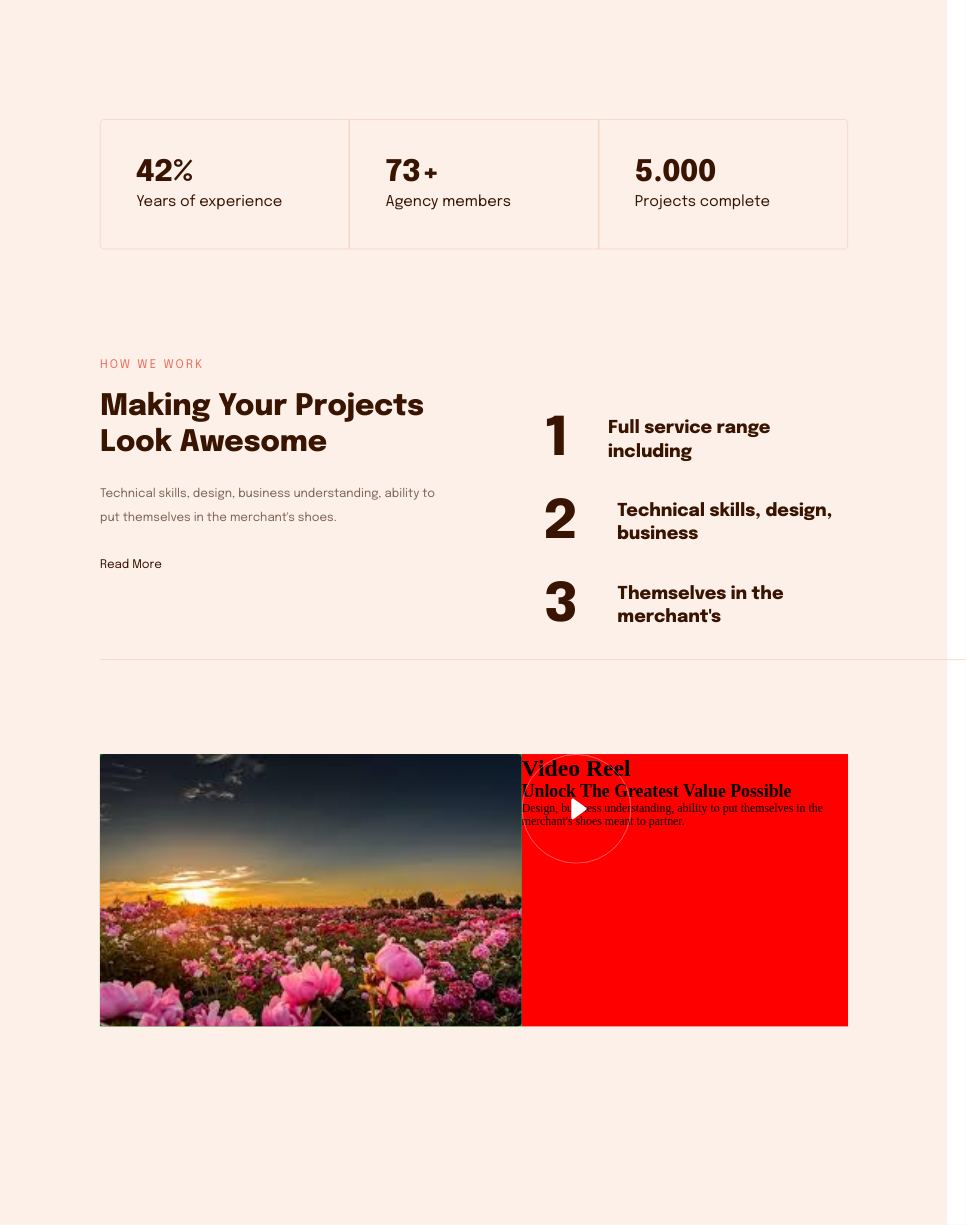
Repository: AytacJafarova/task2
Page: index.html
The author's editor kept a copy of each file at every save. The page is drawn from the files as they stood at one save, then again after the next save.
The browser window is 1280 px wide. The page is 1305 px wide, so the pictures cover 1305 px, including what lies to the right of the window. The pictures show the whole page, at 74% of full size.

Above is the page before, as saved 2023-08-01 14:31:28.

### index.html
<!DOCTYPE html>
<html lang="en">

<head>
    <meta charset="UTF-8">
    <meta name="viewport" content="width=device-width, initial-scale=1.0">
    <title>Document</title>
    <link rel="stylesheet" href="./index.css">
</head>

<body>
    <div class="container">
        <div class="projects">
            <ul>
                <li>

                    <h1>42%</h1>
                    <p>Years of experience</p>
                </li>
                <li>
                    <h1>73+</h1>
                    <p>Agency members</p>
                </li>
                <li>
                    <h1>5.000</h1>
                    <p>Projects complete</p>
                </li>
            </ul>
        </div>
        <div class="work">
            <div class="box1">
                <h1>How we work</h1>
                <h2>Making Your Projects <br> Look Awesome</h2>
                <p>Technical skills, design, business understanding, ability to put themselves in the
                    merchant's shoes.</p>
                <a href="#">Read More</a>
            </div>
            <div class="box2">
                <ul>
                    <li>
                        <h1>1</h1>
                        <p>Full service range including</p>
                    </li>
                    <li>
                        <h1>2</h1>
                        <p>Technical skills, design, business</p>
                    </li>
                    <li>
                        <h1>3</h1>
                        <p>Themselves in the merchant's</p>
                    </li>
                </ul>
            </div>
        </div>
        <div class="border"></div>
        <div class="video">
            <div class="video-img">
                <img class="first" src="./images/images.jpg" alt="">
                <img class="second" src="./images/play.svg" alt="">
            </div>
            <div class="texts">
                <h1>Video Reel</h1>
                <h2>Unlock The Greatest Value Possible</h2>
                <p>Design, business understanding, ability to put themselves in the merchant's shoes meant to partner.
                </p>
            </div>
        </div>
    </div>
</body>

</html>

### index.css
@import url("https://fonts.googleapis.com/css2?family=Epilogue:wght@400;800&display=swap");
* {
  padding: 0;
  margin: 0;
  box-sizing: border-box;
}
.container {
  padding: 161px 134px 268px 135px;
  background: #fdf0e9;
}
.projects ul {
  display: flex;
  /* border-radius: 6px 0px 0px 6px; */
}
.projects ul li {
  display: flex;
  flex-direction: column;
  justify-content: center;
  list-style-type: none;
  border: 1px solid #f3d1bf;
  width: 33.33%;
  height: 176px;
  padding-left: 48px;
}
.projects li:first-child {
  border-radius: 6px 0px 0px 6px;
}
.projects li:last-child {
  border-radius: 0px 6px 6px 0px;
}

.projects ul li h1 {
  color: var(--text-dark, #391400);
  font-feature-settings: "clig" off, "liga" off;
  font-family: Epilogue;
  font-size: 40px;
  font-style: normal;
  font-weight: 800;
  line-height: 48px;
}
.projects ul li p {
  color: var(--text-dark, #391400);
  font-feature-settings: "clig" off, "liga" off;
  font-family: Epilogue;
  font-size: 20px;
  font-style: normal;
  font-weight: 400;
  line-height: 32px;
}
.work {
  display: flex;
  margin-top: 140px;
}
.box1 h1 {
  color: var(--text-dark-accent, #ef6d58);
  font-feature-settings: "clig" off, "liga" off;
  font-family: Epilogue;
  font-size: 16px;
  font-style: normal;
  font-weight: 400;
  line-height: 32px;
  letter-spacing: 3px;
  text-transform: uppercase;
  margin-bottom: 17px;
}
.box1 h2 {
  color: var(--text-dark, #391400);
  font-feature-settings: "clig" off, "liga" off;
  font-family: Epilogue;
  font-size: 40px;
  font-style: normal;
  font-weight: 800;
  line-height: 48px;
  margin-bottom: 30px;
}
.box1 p {
  width: 470px;
  height: 68px;
  flex-shrink: 0;
  color: var(--text-dark-gray, rgba(57, 20, 0, 0.64));
  font-feature-settings: "clig" off, "liga" off;
  font-family: Epilogue;
  font-size: 16px;
  font-style: normal;
  font-weight: 400;
  line-height: 32px;
  margin-bottom: 28px;
}
.box1 a {
  color: var(--text-dark, #391400);
  font-feature-settings: "clig" off, "liga" off;
  font-family: Epilogue;
  font-size: 16px;
  font-style: normal;
  font-weight: 400;
  line-height: 32px;
  text-decoration: none;
}
.box2 {
  display: flex;
  margin-left: 130px;
  margin-top: 78px;
}
.box2 ul li {
  display: flex;
  align-items: center;
  list-style-type: none;
  margin-bottom: 32px;
}
.box2 ul li h1 {
  margin-right: 55px;
  color: #391400;
  font-feature-settings: "clig" off, "liga" off;
  font-family: Epilogue;
  font-size: 72px;
  font-style: normal;
  font-weight: 800;
  line-height: 80px;
  letter-spacing: -2px;
}
.box2 ul li p {
  color: var(--text-dark, #391400);
  font-feature-settings: "clig" off, "liga" off;
  font-family: Epilogue;
  font-size: 24px;
  font-style: normal;
  font-weight: 700;
  line-height: 32px;
}
.border {
  width: 1170px;
  height: 1px;
  flex-shrink: 0;
  background: #f3d1bf;
}
.video {
  display: flex;
  margin-top: 127px;
}
.video .texts{
    background-color: red;
}
.video-img{
    width: 570px;
    height: 368px;
background-color: green;
position: relative;
}
.video .video-img .first {
  width: 570px;
  height: 368px;
  flex-shrink: 0;
  border-radius: 6px;
}
.video .video-img .second {
  width: 148px;
  height: 148px;
  flex-shrink: 0;
  color: #FFFF;
  margin-bottom: 0;
  position: absolute;
  top: 0;
}
.video-img {
  /* position: relative; */
}

After the next save:
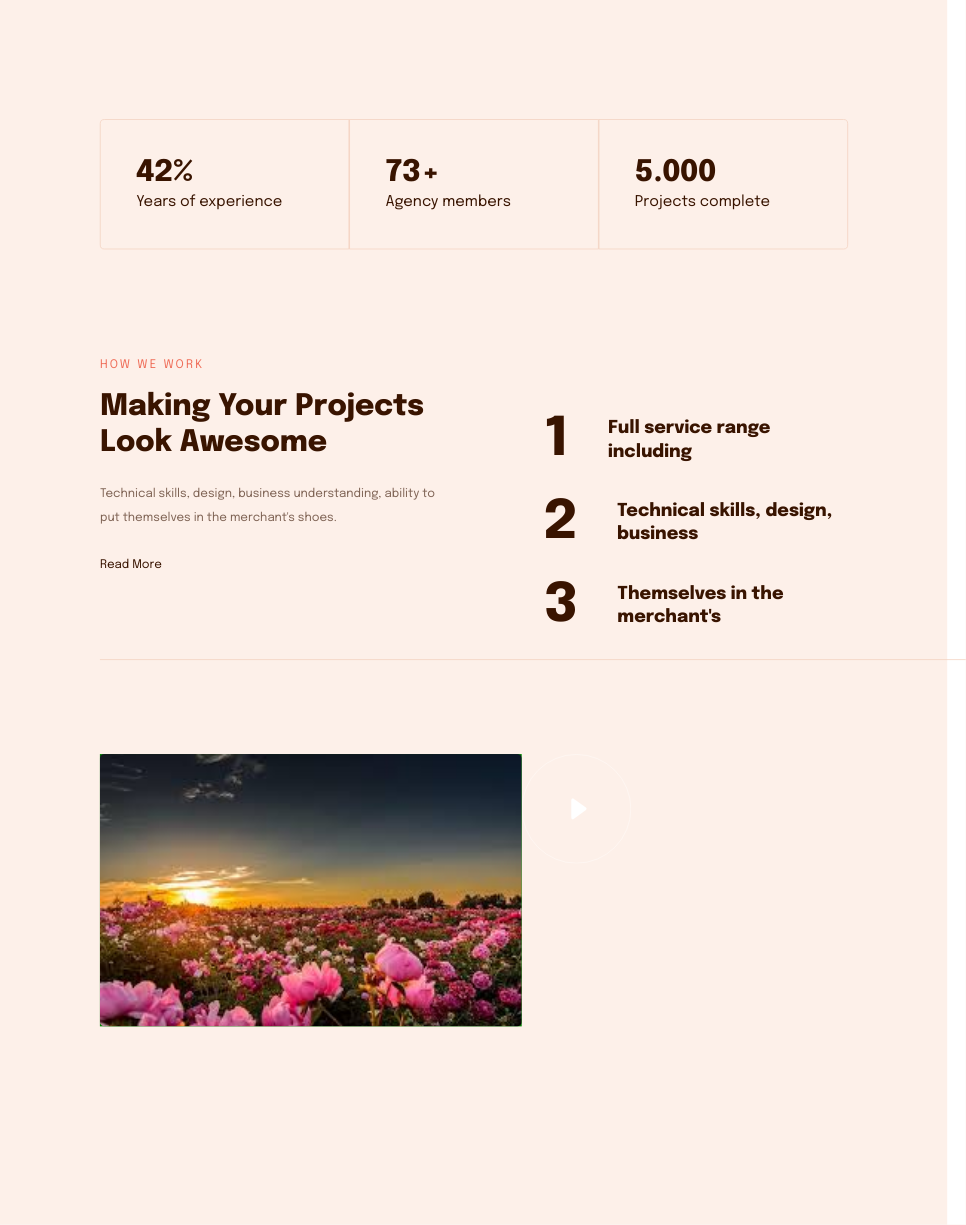
Saved 29 s later.
--- a/index.html
+++ b/index.html
@@ -58,12 +58,12 @@
                 <img class="first" src="./images/images.jpg" alt="">
                 <img class="second" src="./images/play.svg" alt="">
             </div>
-            <div class="texts">
+            <!-- <div class="texts">
                 <h1>Video Reel</h1>
                 <h2>Unlock The Greatest Value Possible</h2>
                 <p>Design, business understanding, ability to put themselves in the merchant's shoes meant to partner.
                 </p>
-            </div>
+            </div> -->
         </div>
     </div>
 </body>

After the save that followed:
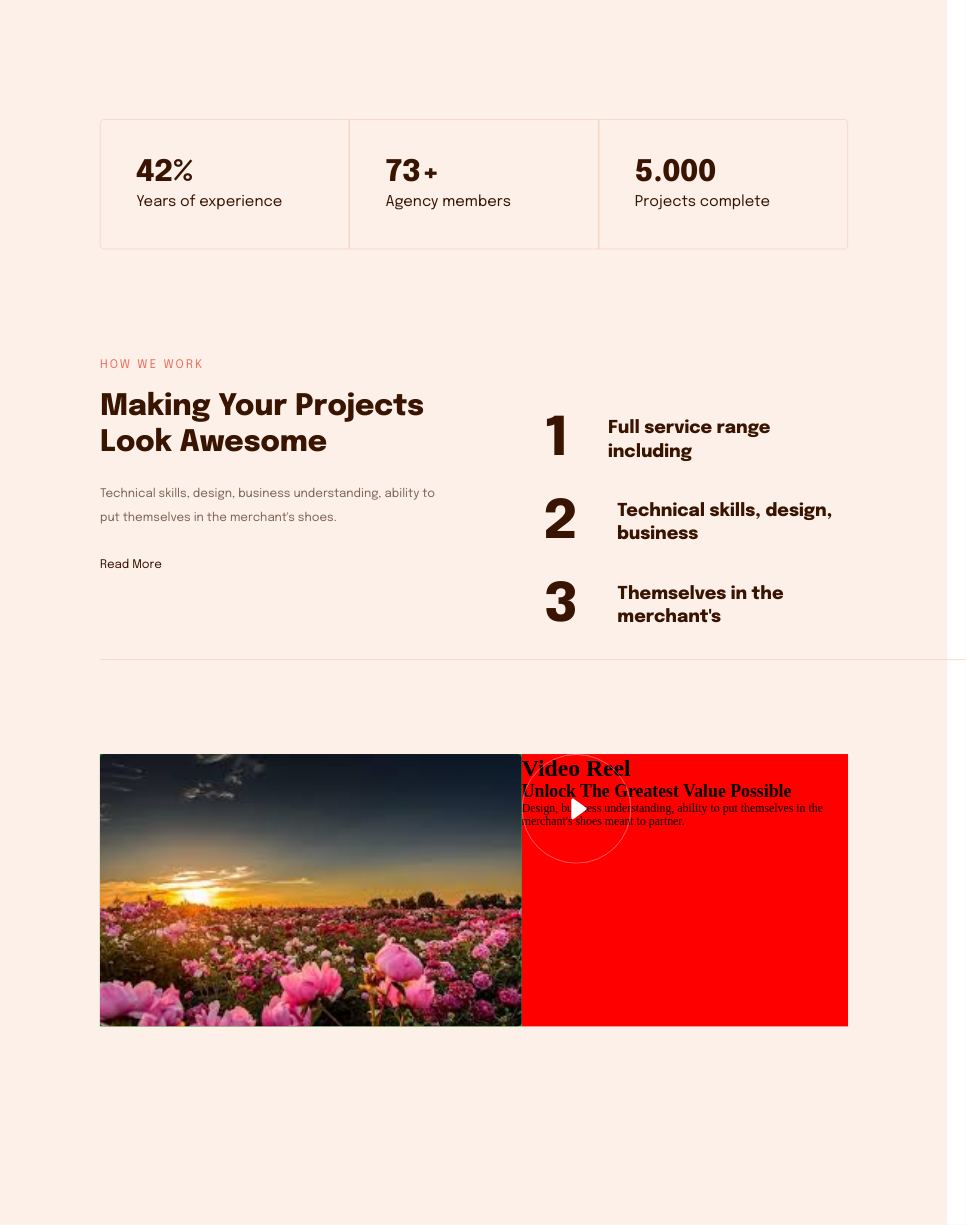
Saved 9 s later.
--- a/index.html
+++ b/index.html
@@ -58,12 +58,12 @@
                 <img class="first" src="./images/images.jpg" alt="">
                 <img class="second" src="./images/play.svg" alt="">
             </div>
-            <!-- <div class="texts">
+            <div class="texts">
                 <h1>Video Reel</h1>
                 <h2>Unlock The Greatest Value Possible</h2>
                 <p>Design, business understanding, ability to put themselves in the merchant's shoes meant to partner.
                 </p>
-            </div> -->
+            </div>
         </div>
     </div>
 </body>
